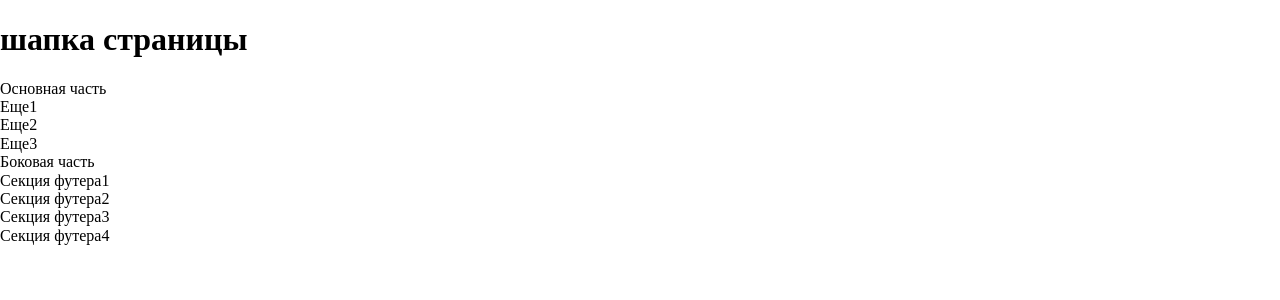
Repository: IrinaGetmanenko/week5
Page: week5/index.html
An editor plug-in stored every save of this project. The page is shown before and after the next save, followed by the edit.
The browser window is 1280 px wide. The pictures show the whole page.

Above is the page before, as saved 2022-08-28 16:00:06.

After the next save:
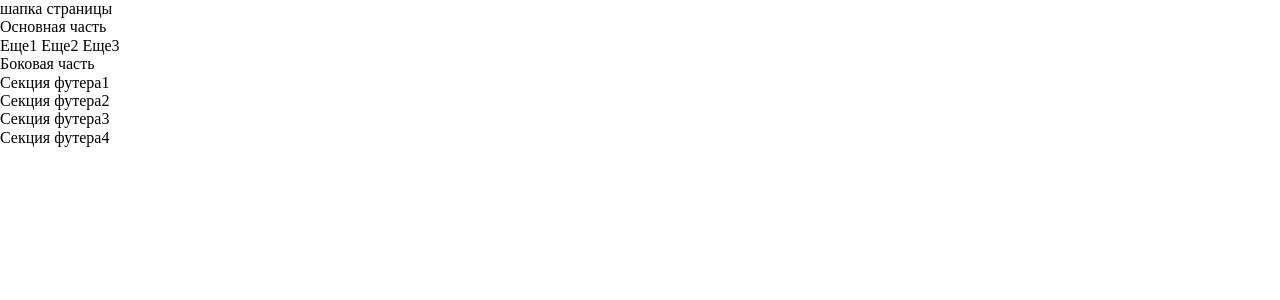
Saved 13 min 58 s later.
--- a/week5/index.html
+++ b/week5/index.html
@@ -12,34 +12,24 @@
     </style>
 </head>
 <body>
-    <header>
-        <div class="h1">
-            <h1>шапка страницы</h1>
-    </header>
+    <div class="flex-container"></div>
+    <header class="flex-item item-1">шапка страницы</header>
 
     <main>
-        <div class="container1">
-            <div class="main">Основная часть</div>
 
-        <div class="main1">Еще1</div>
+        <main class="main">Основная часть</main>
 
-        <div class="main2">Еще2</div>
+        <box class="main1">Еще1</box>
+        <box class="main2">Еще2</box>
+        <box class="main3">Еще3</box>
 
-
-        <div class="main3">Еще3</div>
-
-        <div class="aside">Боковая часть</div>
-
-
-    </div>
-
+        <aside class="aside">Боковая часть</aside>
     </main>
 
-     <div class="footer">
-        <div>Секция футера1</div>
-        <div>Секция футера2</div>
-        <div>Секция футера3</div>
-        <div>Секция футера4</div>
+     <footer class="footer1">Секция футера1</footer>
+     <footer class="footer2">Секция футера2</footer>
+     <footer class="footer3">Секция футера3</footer>
+     <footer class="footer4">Секция футера4</footer>
     </div>
 
 
